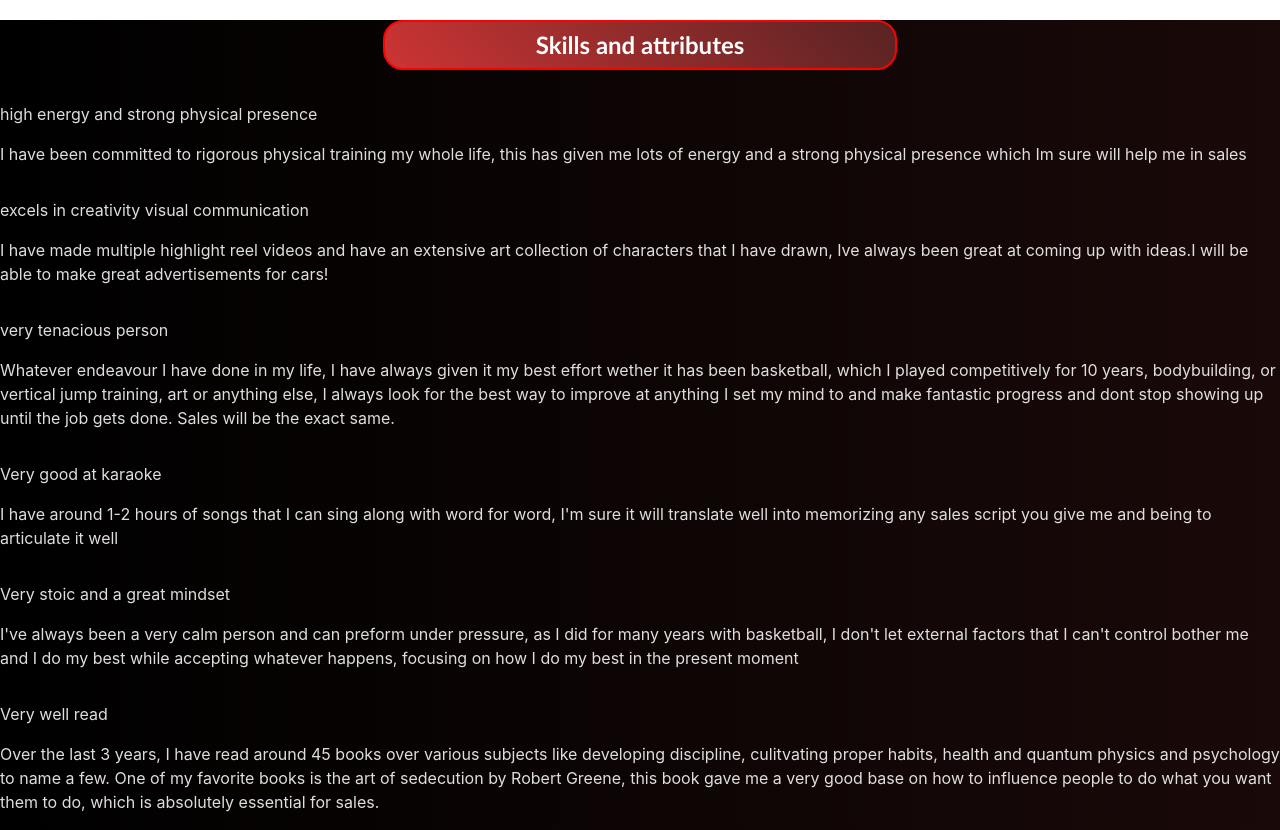
Repository: TMuse333/resume1
Page: /
These files come from the project's save history. The page is drawn as it stood at one moment and after the next save; the edit follows.
The browser window is 1280 px wide. The pictures show the whole page.
The project was rebuilt for these pictures with package versions that can differ from the ones it lists, and the page was loaded fresh each time. Also part of the build but not shown: vite.config.js, src/components/navbar.jsx, src/components/about.jsx, src/components/contact.jsx, src/components/footer.jsx, src/components/experience.jsx, src/components/carousel.jsx, src/components/experienceCarousel.jsx and 4 more. Imported but missing from the stored project, and not drawn on this page: src/images/best_dunk.mp4.

Above is the page before, as saved 2023-10-18 15:08:33.

After the next save:
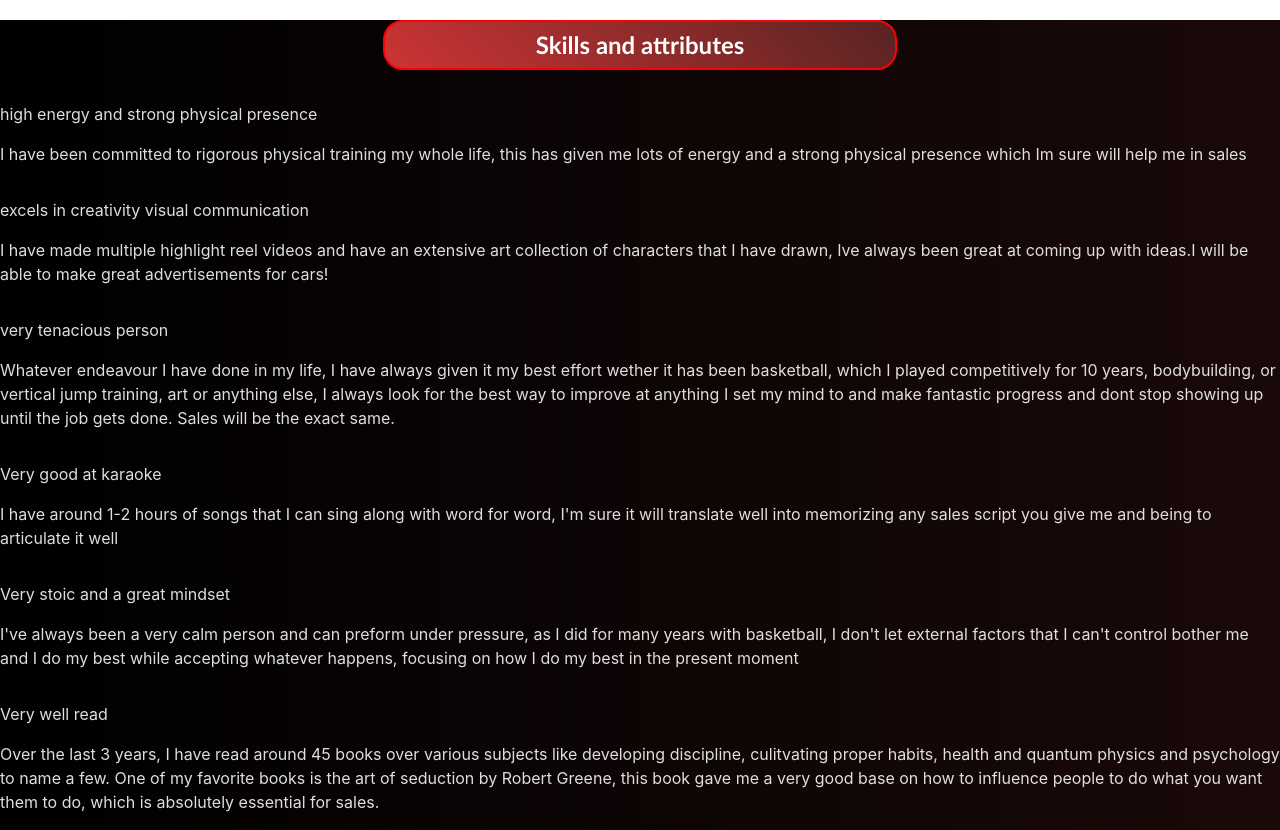
Saved 4 s later.
--- a/src/components/skillDesc.js
+++ b/src/components/skillDesc.js
@@ -246,7 +246,7 @@ export const attributes = [
     name:'Very well read',
     description:'Over the last 3 years, I have read around 45 books over various subjects like developing discipline, culitvating proper habits, '
     +'health and quantum physics and psychology to name a few. One of my favorite books '+
-    'is the art of sedecution by Robert Greene, this book gave me a very good base on how to '+
+    'is the art of seduction by Robert Greene, this book gave me a very good base on how to '+
     'influence people to do what you want them to do, which is absolutely essential for sales.'
   }
 
